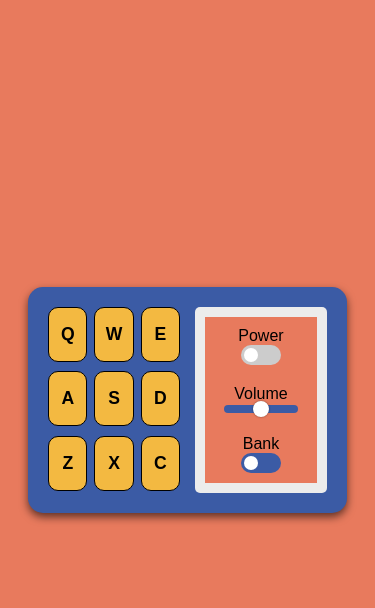
Repository: alfredoleano/drum-machine
Page: /
The author's editor kept a copy of each file at every save. The page is drawn from the files as they stood at one save, then again after the next save.
The browser window is 375 px wide. The pictures show the whole page.
The project was rebuilt for these pictures with package versions that can differ from the ones it lists, and the page was loaded fresh each time.

Above is the page before, as saved 2024-06-11 20:39:42.

### src/App.js
import { useEffect, useState } from 'react';
import './App.css';
import './styles.scss';

function App() {
  const bank1 = {
    Q: 'sounds/Heater-1.mp3',
    W: 'sounds/Heater-2.mp3',
    E: 'sounds/Heater-3.mp3',
    A: 'sounds/Heater-4_1.mp3',
    S: 'sounds/Heater-6.mp3',
    D: 'sounds/Dsc_Oh.mp3',
    Z: 'sounds/Kick_n_Hat.mp3',
    X: 'sounds/RP4_KICK_1.mp3',
    C: 'sounds/Cev_H2.mp3'
  };

  const bank2 = {
    Q: 'sounds/piano.mp3',
    W: 'sounds/jazz.wav',
    E: 'sounds/bangu.wav',
    A: 'sounds/num.wav',
    S: 'sounds/stroke.wav',
    D: 'sounds/cymbals.wav',
    Z: 'sounds/tom.wav',
    X: 'sounds/kick.wav',
    C: 'sounds/snare.wav'
  };

  const [volume, setVolume] = useState(50); // initial sound value
  const [power, setPower] = useState(false); //initial power volume
  const [bank, setBank] = useState(bank1); // initial bank value
  const [isBank1, setIsBank1] = useState(true); // initial bank toggle state

  // Function to change volume
  const changeVolume = (event) => {
    setVolume(event.target.value); // Update the state with current value of the volume slider
  };

  // Function to toggle power
  const togglePower = () => {
    setPower(!power);
  };

  // Function to switch Banks
  const toggleBank = () => {
    setBank(isBank1 ? bank2 : bank1);
    setIsBank1(!isBank1);
  }

  // Function to play sound
  const playSound = (id) => {
    if(!power) return; // Check if the power is on
    const audio = new Audio(bank[id]);
    audio.volume = volume / 100; // initial sound volume
    audio.currentTime = 0; // Set audio to beginning
    audio.play();
  };

  // Use useEffect to add event listener for keydown events
  useEffect(() => {
    // Make the approptiate key play the approptiate sound
    const handleKeydown = (event) => {
      const key = event.key.toUpperCase();
      if(['Q', 'W', 'E', 'A', 'S', 'D', 'Z', 'X', 'C'].includes(key)) {
        playSound(key);

        // Add active class to the button
        const button = document.getElementById(`button-${key}`);
        if(button) {
          button.classList.add('active');
        }
      }
    };

    const handleKeyup = (event) => {
      const key = event.key.toUpperCase();
      if (['Q', 'W', 'E', 'A', 'S', 'D', 'Z', 'X', 'C'].includes(key)) {
        // Remove active class from the button
        const button = document.getElementById(`button-${key}`);
        if (button) {
          button.classList.remove('active');
        }
      }
    };

    // Add keydown event listener
    window.addEventListener('keydown', handleKeydown);
    window.addEventListener('keyup', handleKeyup);

    // Cleanup event listener on component unmount
    return () => {
      window.removeEventListener('keydown', handleKeydown);
      window.removeEventListener('keyup', handleKeyup);
    };
  }, [volume, power, bank]);

  return (
    <div className="App">
      <div id='drum-machine'>
        <div id='display'>
          <div className='buttons-grid'>
            <button id="button-Q" onClick={() => playSound('Q')}>Q</button>
            <button id="button-W" onClick={() => playSound('W')}>W</button>
            <button id="button-E" onClick={() => playSound('E')}>E</button>
            <button id="button-A" onClick={() => playSound('A')}>A</button>
            <button id="button-S" onClick={() => playSound('S')}>S</button>
            <button id="button-D" onClick={() => playSound('D')}>D</button>
            <button id="button-Z" onClick={() => playSound('Z')}>Z</button>
            <button id="button-X" onClick={() => playSound('X')}>X</button>
            <button id="button-C" onClick={() => playSound('C')}>C</button>
          </div>

          <div className='controls'>
            <div className='settings'>
              <label>Power</label>
              {/* Rounded switch */}
              <label className="switch">
                <input type="checkbox" checked={power} onChange={togglePower}/>
                <span className="slider round"></span>
              </label>
            </div>

            <div className='settings'>
              <label>Volume</label>
              <input
                type='range'
                min={0}
                max={100}
                value={volume}
                onChange={changeVolume}
                className='blue'
              />
            </div>

            <div className='settings'>
              <label>Bank</label>
              <label className="switch">
                <input type="checkbox" checked={!isBank1} onChange={toggleBank}/>
                <span className="slider bank"></span>
              </label>
            </div>
          </div>
        </div>
      </div>
    </div>
  );
}

export default App;

### src/styles.scss
$primary-color: #E87A5D;
$secondary-color: #F3B941;
$tertiary-color: #3B5BA5;

/* Apply box-sizing: border-box globally */
*,
*::before,
*::after {
  box-sizing: border-box;
}

body {
  box-sizing: border-box;
  font-family: Arial, sans-serif;
  background-color: $primary-color;
  margin: 0;
  padding: 0;
  height: 100vh;
  // display: flex;
  // align-items: center;
  // justify-content: center;
}

#drum-machine {
  width: 100vw;
  height: 100vh;
  display: flex;
  align-items: center;
  justify-content: center;
  // background-color: greenyellow;
}

#display {
  background-color: $tertiary-color;
  width: 85%;
  max-width: 590px;
  margin: 30px auto;
  padding: 20px;
  border-radius: 15px;
  box-shadow: 0 4px 8px rgba(0, 0, 0, 0.6); /* Subtle shadow */
  display: grid;
  grid-template-columns: 1fr 1fr;
  grid-auto-columns: min-content;
  gap: 15px;
}

.buttons-grid {
  display: grid;
  grid-template-columns: repeat(3, 1fr);
  grid-template-rows: repeat(3, 1fr);
  gap: 7px;
  width: 100%;
}

.buttons-grid button {
  width: 100%px;
  height: 80px;
  // width: 100%;
  // height: 100%;
  border-radius: 10px;
  border: 1px solid #000;
  // border: none;
  font-weight: 800;
  font-size: 1.1rem;
  cursor: pointer;
  outline: none;
  background-color: #F3B941;
}

.buttons-grid button:active {
  background-color: #f1c979;
}

// For keydown event
.buttons-grid button.active {
  background-color: #f1c979;
}

.controls {
  padding: 10px;
  width: 100%;
  display: flex;
  align-items: center;
  justify-content: center;
  flex-direction: column;
  border-radius: 5px;
  background-color: #ececec;
}

.settings {
  display: flex;
  flex-direction: column;
  justify-content: space-around;
  align-items: center;
  padding: 10px;
  height: 35%;
  width: 100%;
  background-color: #E87A5D;
}


/********************* Rounded switch styling ***********************/

/* The switch - the box around the slider */
.switch {
  position: relative;
  display: inline-block;
  width: 40px;
  height: 20px;
  // margin-top: 5px;
}

/* Hide default HTML checkbox */
.switch input {
  opacity: 0;
  width: 0;
  height: 0;
}

/* The slider */
.slider {
  position: absolute;
  cursor: pointer;
  top: 0;
  left: 0;
  right: 0;
  bottom: 0;
  background-color: #ccc;
  -webkit-transition: .4s;
  transition: .4s;
  border-radius: 25px;
}

.slider.bank {
  background: $tertiary-color;
}

.slider:before {
  position: absolute;
  content: "";
  height: 14px;
  width: 14px;
  left: 3px;
  bottom: 3px;
  background-color: white;
  -webkit-transition: .4s;
  transition: .4s;
  border-radius: 50%;
}

input:checked + .slider {
  background-color: $tertiary-color;
}

input:focus + .slider {
  box-shadow: 0 0 1px $tertiary-color;
}

input:checked + .slider:before {
  -webkit-transform: translateX(20px);
  -ms-transform: translateX(20px);
  transform: translateX(20px);
}

/* Rounded sliders */
.slider.round {
  border-radius: 34px;
}

.slider.round:before {
  border-radius: 50%;
}


/********************* Volume slider styling ***********************/
/* Style the range input */
input[type="range"] {
  appearance: none; /* Standard property */
  -webkit-appearance: none; /* WebKit browsers (Chrome, Safari, iOS) */
  -moz-appearance: none; /* Firefox */
  -ms-appearance: none; /* Internet Explorer and Edge */
  width: 80%;
  height: 8px; /* Adjust height as needed */
  background: $tertiary-color; /* Track color */
  border-radius: 5px;
  outline: none;
  opacity: 1;
  transition: opacity .2s;
}

/* Style the thumb for WebKit browsers (e.g., Chrome, Safari) */
input[type="range"]::-webkit-slider-thumb {
  -webkit-appearance: none; /* Remove default styling */
  appearance: none;
  width: 16px; /* Adjust thumb width as needed */
  height: 16px; /* Adjust thumb height as needed */
  background: #ffffff; /* Thumb color */
  border-radius: 50%; /* Make thumb round */
  cursor: pointer;
  box-shadow: 0 0 2px rgba(0, 0, 0, 0.5);
}


/* Style the thumb for Firefox */
input[type="range"]::-moz-range-thumb {
  -moz-appearance: none; /* Remove default styling */
  appearance: none; /* Standard property */
  width: 16px; /* Adjust thumb width as needed */
  height: 16px; /* Adjust thumb height as needed */
  background: #ffffff; /* Thumb color */
  border-radius: 50%; /* Make thumb round */
  cursor: pointer;
  box-shadow: 0 0 2px rgba(0, 0, 0, 0.5);
}

/* Style the thumb for Internet Explorer */
input[type="range"]::-ms-thumb {
  -ms-appearance: none; /* Remove default styling */
  appearance: none; /* Standard property */
  width: 16px; /* Adjust thumb width as needed */
  height: 16px; /* Adjust thumb height as needed */
  background: #ffffff; /* Thumb color */
  border-radius: 50%; /* Make thumb round */
  cursor: pointer;
  box-shadow: 0 0 2px rgba(0, 0, 0, 0.5);
}

/* Style the track for Internet Explorer */
input[type="range"]::-ms-track {
  width: 75%;
  height: 8px; /* Adjust height as needed */
  background: $tertiary-color; /* Track color */
  border-color: transparent;
  color: transparent;
  border-radius: 5px;
}

/******************** Mobile Design **********************/
@media screen and (max-width: 490px) {
  // body {
  //   display: flex;
  //   justify-content: center;
  //   align-items: center;
  // }

  // #drum-machine {
  //   height: 100vh;
  //   width: 100vw;
  //   overflow: hidden;
  //   background-color: pink;
  // }

  // #display {
  //   // transform: rotate(90deg);
  //   // rotate: 90deg;
  //   // max-width: 100vh;
  //   width: 100vh;
  //   height: 85vw;
  // }

  .buttons-grid button {
    height: 55px;
  }

  .settings {}
}

Loaded but not shown: public/index.html (common file); src/index.js (common file); src/index.css (common file); src/reportWebVitals.js (common file); src/App.css (common file)

After the next save:
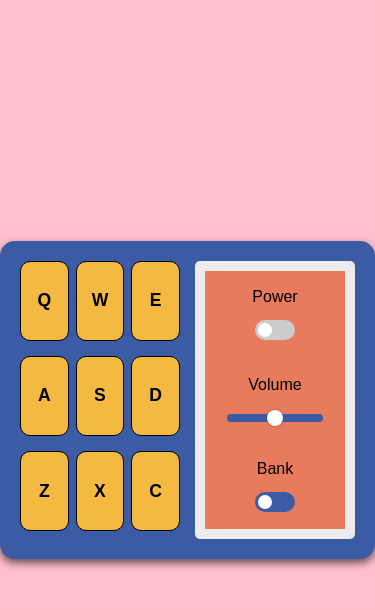
Saved 9 min 53 s later.
--- a/src/styles.scss
+++ b/src/styles.scss
@@ -237,30 +237,30 @@ input[type="range"]::-ms-track {
 
 /******************** Mobile Design **********************/
 @media screen and (max-width: 490px) {
-  // body {
-  //   display: flex;
-  //   justify-content: center;
-  //   align-items: center;
+  body {
+    display: flex;
+    justify-content: center;
+    align-items: center;
+  }
+
+  #drum-machine {
+    height: 100vh;
+    width: 100vw;
+    overflow: hidden;
+    background-color: pink;
+  }
+
+  #display {
+    // transform: rotate(90deg);
+    // rotate: 90deg;
+    // max-width: 100vh;
+    width: 100vh;
+    height: 85vw;
+  }
+
+  // .buttons-grid button {
+  //   height: 55px;
   // }
 
-  // #drum-machine {
-  //   height: 100vh;
-  //   width: 100vw;
-  //   overflow: hidden;
-  //   background-color: pink;
-  // }
-
-  // #display {
-  //   // transform: rotate(90deg);
-  //   // rotate: 90deg;
-  //   // max-width: 100vh;
-  //   width: 100vh;
-  //   height: 85vw;
-  // }
-
-  .buttons-grid button {
-    height: 55px;
-  }
-
-  .settings {}
-}
+  // .settings {}
+}
